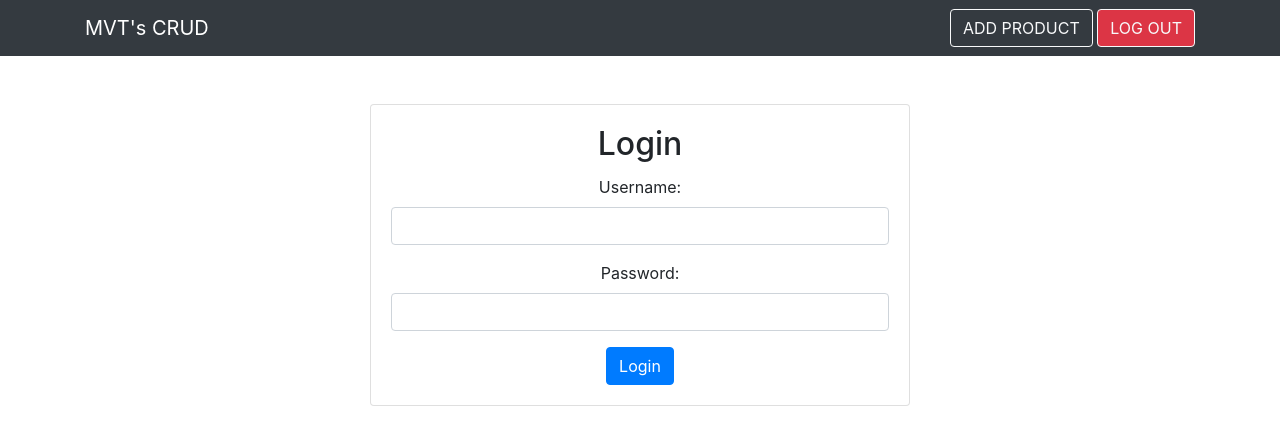
Repository: tammv/crud_product
Page: /
These files come from the project's save history. The page is drawn as it stood at one moment and after the next save; the edit follows.
The browser window is 1280 px wide. The pictures show the whole page.
The project was rebuilt for these pictures with package versions that can differ from the ones it lists, and the page was loaded fresh each time. Also part of the build but not shown: src/index.css, src/components/pages/ManageProduct.js, src/components/pages/NotFound.js, src/components/products/UpdateProduct.js, src/components/products/Product.js, src/components/products/AddProduct.js.

Above is the page before, as saved 2023-07-11 02:41:12.

After the next save:
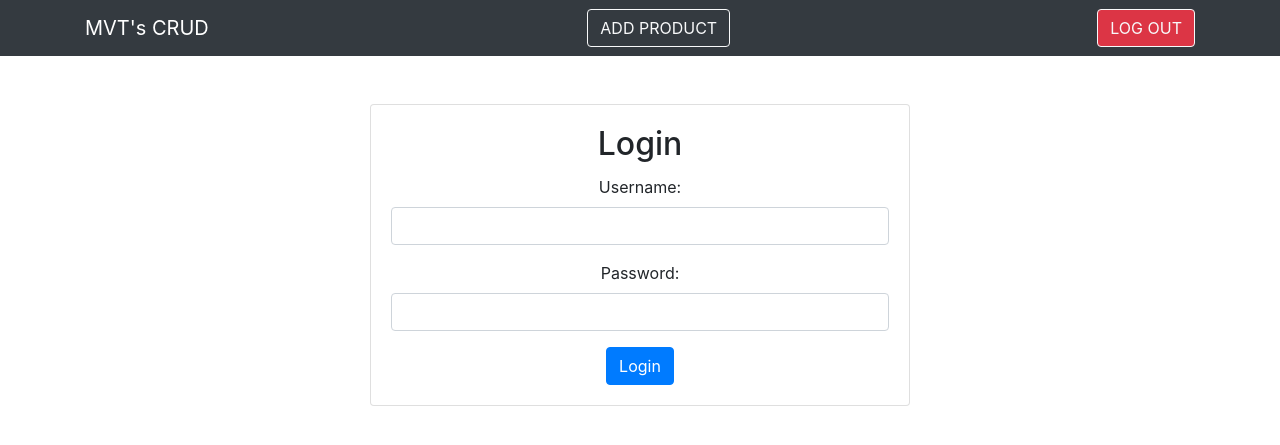
Saved 15 s later.
--- a/src/components/layout/Navbar.js
+++ b/src/components/layout/Navbar.js
@@ -37,7 +37,7 @@ const Navbar = () => {
           </ul>
         </div> */}
         <div className="collapse navbar-collapse">
-          <ul className="navbar-nav ml-auto">
+          <ul className="navbar-nav ml-auto mr-auto">
             <li className="nav-item">
               <button className="btn btn-outline-light">
                 <Link to="/products/add" className="text-light">
